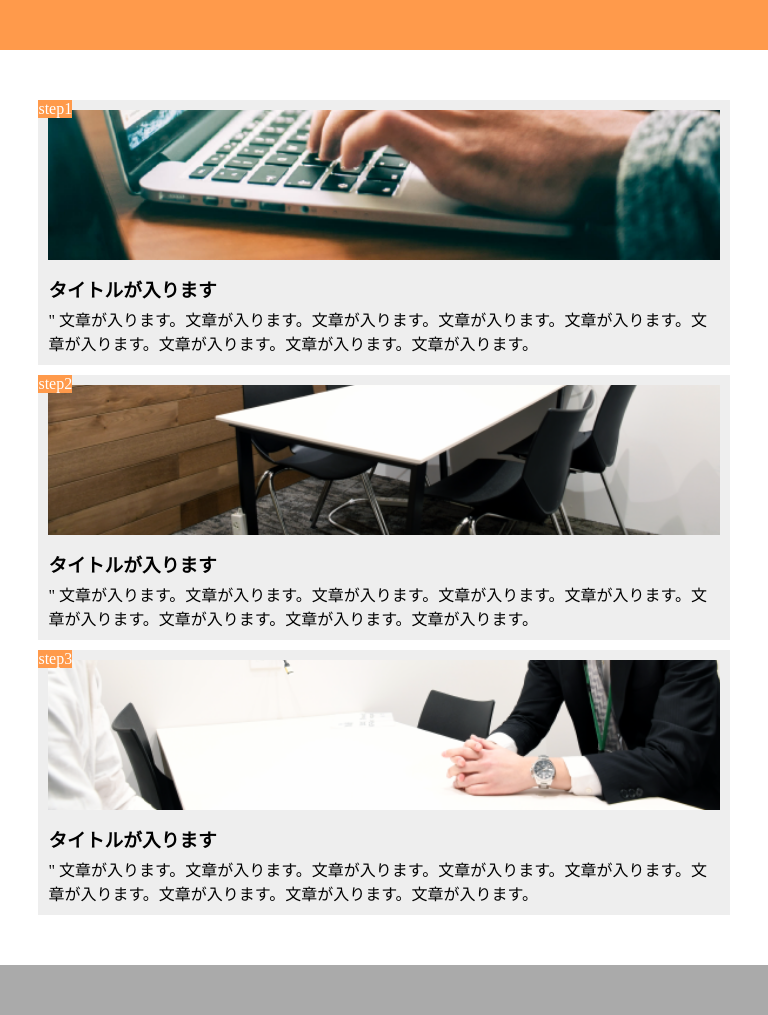
Repository: BRK-munger/9-
Page: 9章演習/index.html
The author's editor kept a record of every edit. The page is drawn from the files as they stood at one moment, then again after the next edit.
The browser window is 768 px wide. The pictures show the whole page.

Above is the page before.

### 9章演習/index.html
<!DOCTYPE html>
<html lang="ja">
  <head>
    <meta charset="UTF-8" >
    <meta name="viewport" content="width=device-width,initial-scale=1.0">
    <title>9章演習</title>
    <link rel="stylesheet" href="style.css">
  </head>
  <body>
   <header></header>
   <main>
    <div class="step-box">
      <div class="step-img1"></div>
      <span class="step-num">step1</span>
      <h3 class="title">タイトルが入ります</h3>
      <p class="text">
        " 文章が入ります。文章が入ります。文章が入ります。文章が入ります。文章が入ります。文章が入ります。文章が入ります。文章が入ります。文章が入ります。
  </p>
  </div>
  <div class="step-box">
     <div class="step-img2"></div>
     <span class="step-num">step2</span>
     <h3 class="title">タイトルが入ります</h3>
     <p class="text">
        " 文章が入ります。文章が入ります。文章が入ります。文章が入ります。文章が入ります。文章が入ります。文章が入ります。文章が入ります。文章が入ります。
  </p>
  </div>
    <div class="step-box">
    <div class="step-img3"></div>
    <span class="step-num">step3</span>
    <h3 class="title">タイトルが入ります</h3>
    <p class="text">
        " 文章が入ります。文章が入ります。文章が入ります。文章が入ります。文章が入ります。文章が入ります。文章が入ります。文章が入ります。文章が入ります。
  </p>
  </div>
  </main>
  <footer></footer>
 </body>
</html>

### 9章演習/style.css
* {
  box-sizing: border-box;
  margin: 0;
  padding: 0;
}

header {
  height: 50px;
  background-color: #ff9a4b;
}

main {
  width: 960px;
  margin: 50px auto;
  display: flex;
}

.step-box {
  width: 300px;
  margin-right: 30px;
  padding: 10px;
  position: relative;
  background-color: #eee;
}

.step-box:last-child {
  margin-right: 0;
}

.step-img1 {
  height: 150px;
  background-image: url(img/flow01.png);
  background-position: bottom;
  background-size: cover;
}

.step-img2 {
  height: 150px;
  background-image: url(img/flow02.png);
  background-position: bottom;
  background-size: cover;
}

.step-img3 {
  height: 150px;
  background-image: url(img/flow03.png);
  background-position: bottom;
  background-size: cover;
}

.step-num {
  position: absolute;
  top: 0;
  left: 0;
  background-color: #ff9a4b;
  color: #fff;
}

.title {
  margin:15px 0 5px;
}

footer {
  height: 50px;
  background-color: #aaa;
}

@media screen and (max-width: 768px) {
  header {
    width:100%;
  }

  main {
    width: 100%;
    display: block;
  }

.step-box {
  width: 90%;
  margin: 10px auto;
  /*position: static;*/
 }

 .step-box:last-child {
  width: 90%;
  margin: 10px auto;
  /*position: static;*/
}


}

After the next edit:
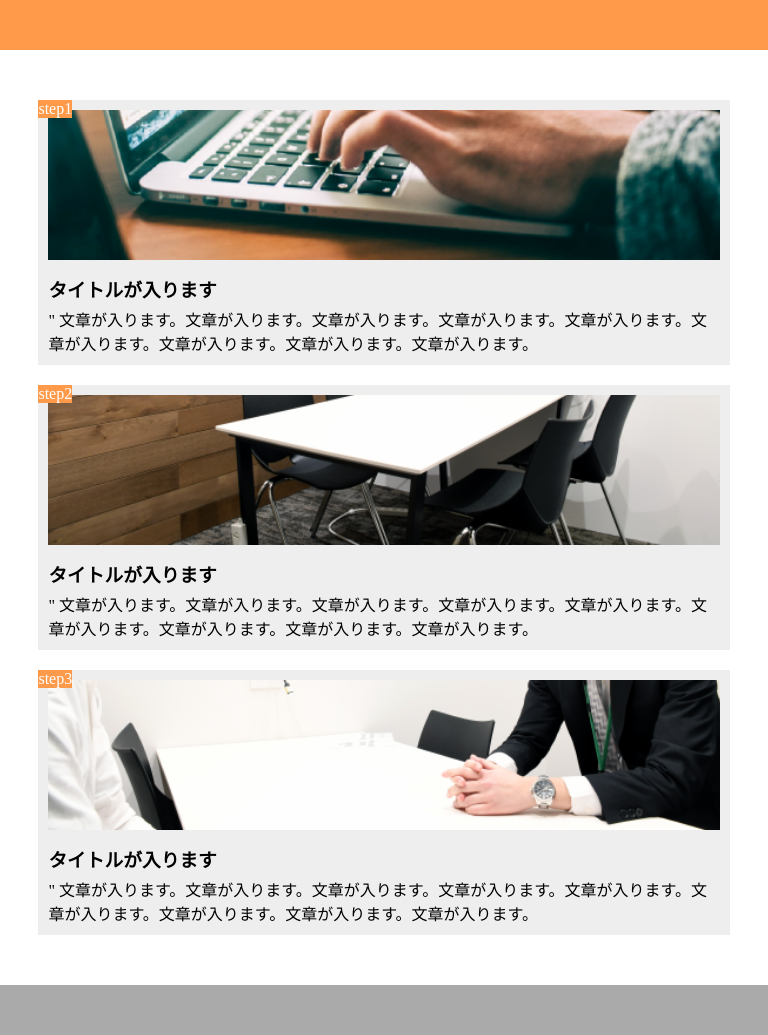
The edit:
--- a/9章演習/style.css
+++ b/9章演習/style.css
@@ -77,7 +77,7 @@
 
 .step-box {
   width: 90%;
-  margin: 10px auto;
+  margin: 20px auto;
   /*position: static;*/
  }
 
